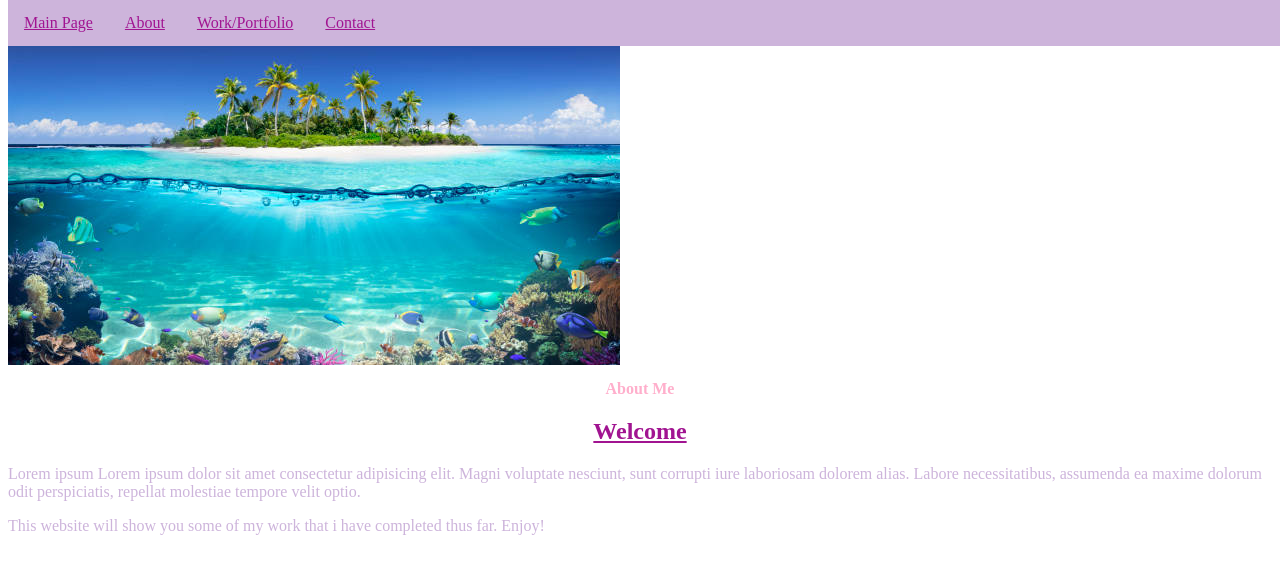
Repository: MelindaN14/My-Personal-Website
Page: about.html
The author's editor kept a copy of each file at every save. The page is drawn from the files as they stood at one save, then again after a run of saves.
The browser window is 1280 px wide. The pictures show the whole page.

Above is the page before, as saved 2024-03-25 22:10:23.

After the next 3 saves:
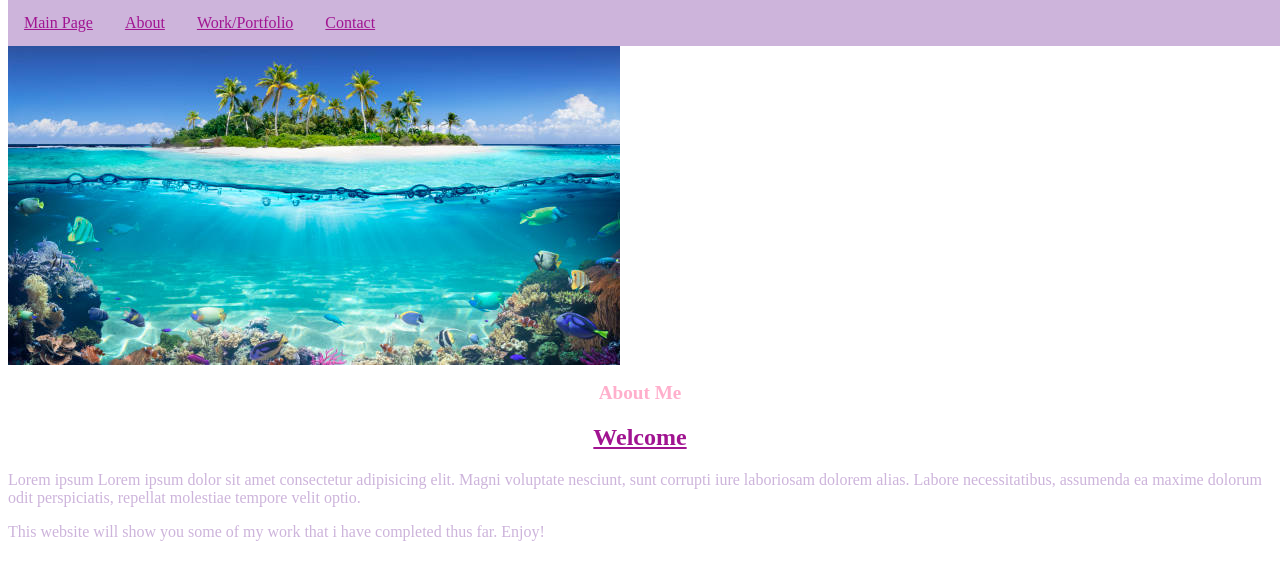
The 3 saves are shown as one change because they came seconds apart.
The last was saved 9 s later.
--- a/style.css
+++ b/style.css
@@ -30,7 +30,7 @@
 
 h1 {
   color: #ffafcc;
-  font-size:medium;
+  font-size:larger;
   text-align: center;
 }
 h2{
